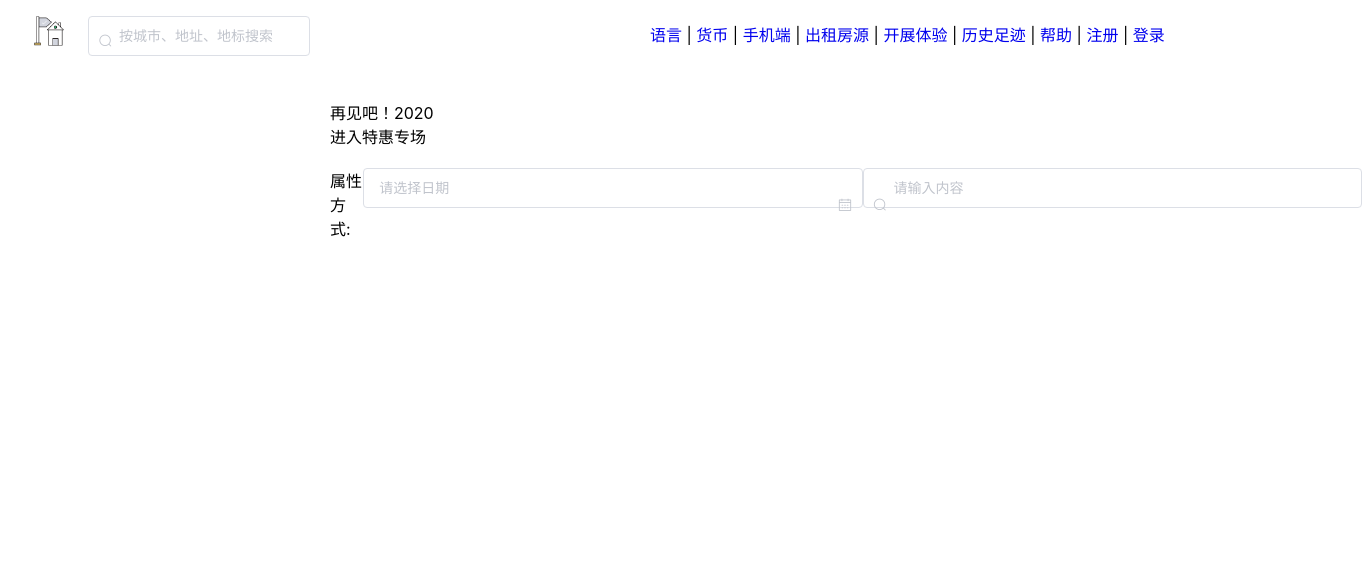
Repository: yz1181214391/my-airbnb
Page: /
The author's editor kept a copy of each file at every save. The page is drawn from the files as they stood at one save, then again after the next save.
The browser window is 1280 px wide. The page is 1362 px wide, so the pictures cover 1362 px, including what lies to the right of the window. The pictures show the whole page.
The project was rebuilt for these pictures with package versions that can differ from the ones it lists, and the page was loaded fresh each time. Also part of the build but not shown: src/views/Language.vue, src/views/Currency.vue, src/views/Enter.vue, src/views/Experience.vue, src/views/Help.vue, src/views/History.vue, src/views/Mobile.vue, src/views/Register.vue and 1 more.

Above is the page before, as saved 2020-12-09 16:20:27.

After the next save:
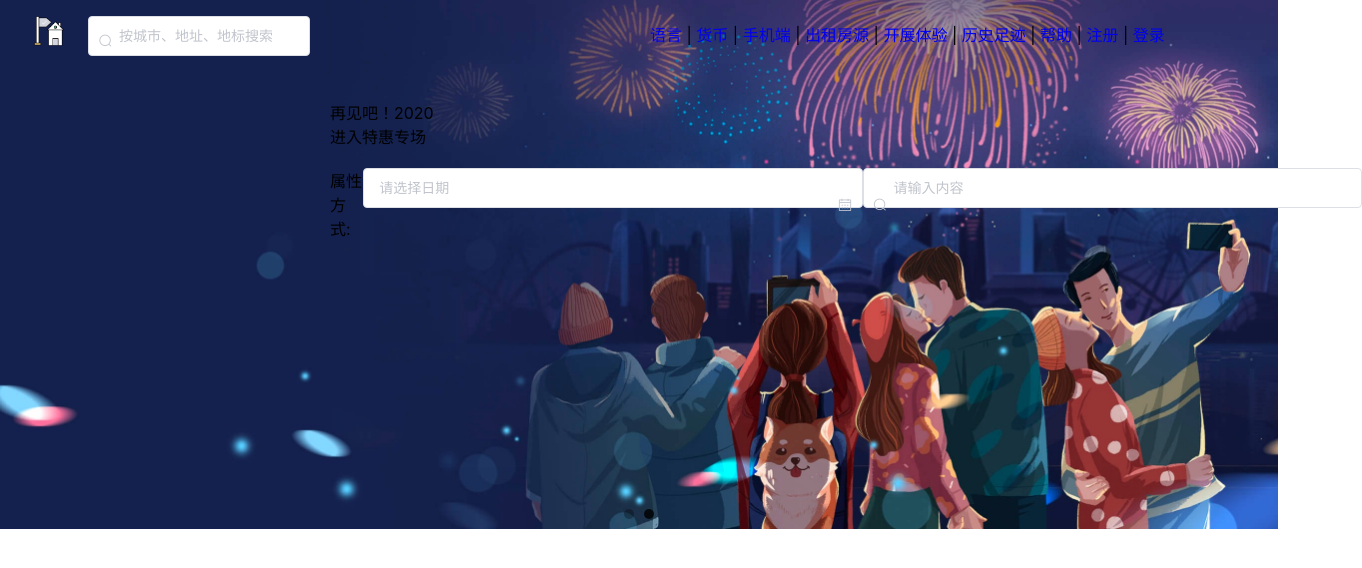
Saved 23 min 8 s later.
--- a/src/App.vue
+++ b/src/App.vue
@@ -2,7 +2,7 @@
   <div id="app">
     <div class="app-header">
       <Header/>
-      <!-- <Banner class="banner"/>  -->
+      <Banner class="banner"/>
     </div>
 
   </div>
